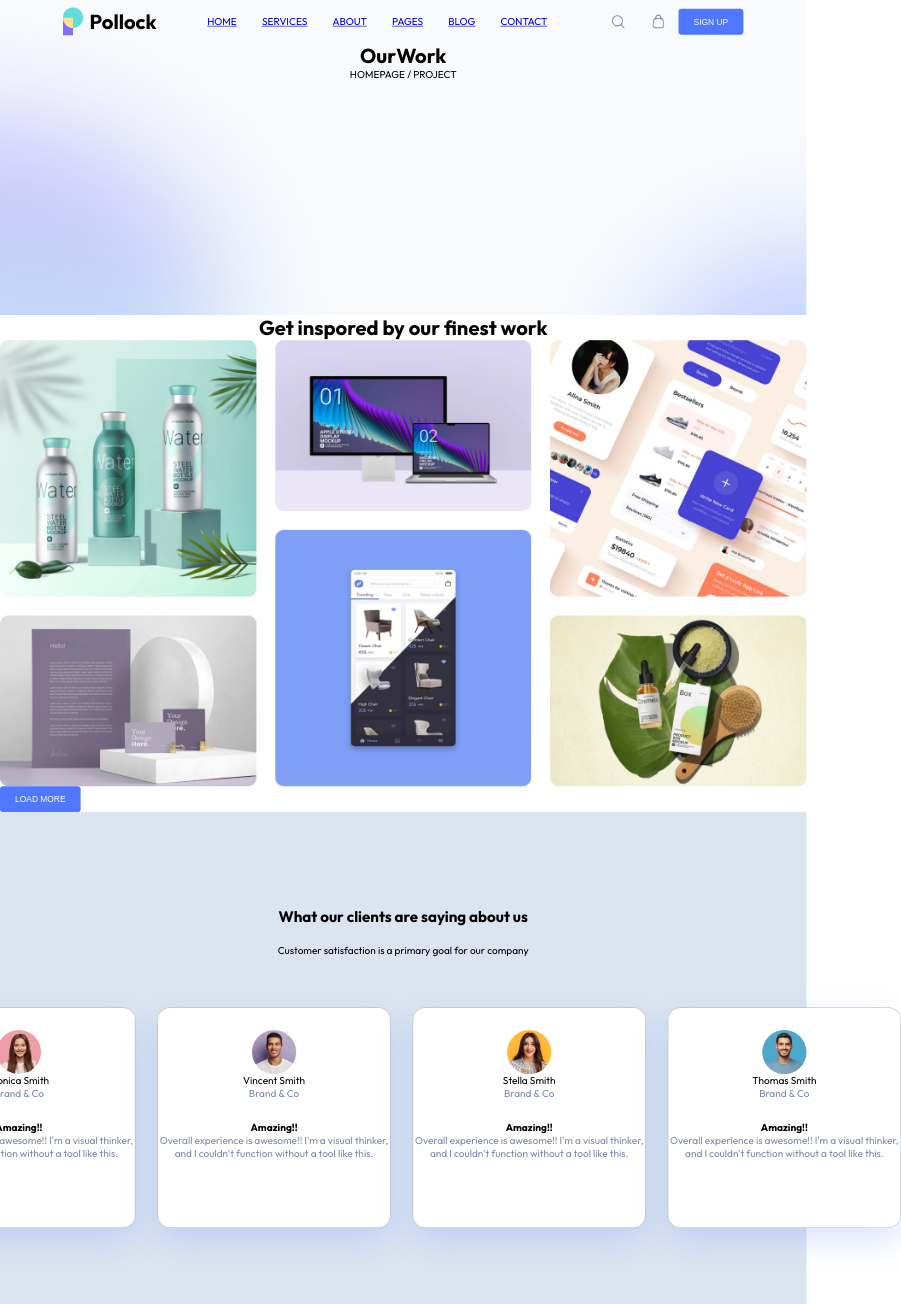
Repository: Nam936/exercises
Page: index.html
These files come from the project's save history. The page is drawn as it stood at one moment and after a run of saves; the edit follows.
The browser window is 1280 px wide. The page is 1430 px wide, so the pictures cover 1430 px, including what lies to the right of the window. The pictures show the whole page, at 63% of full size.

Above is the page before, as saved 2022-12-30 14:40:58.

After the next 3 saves:
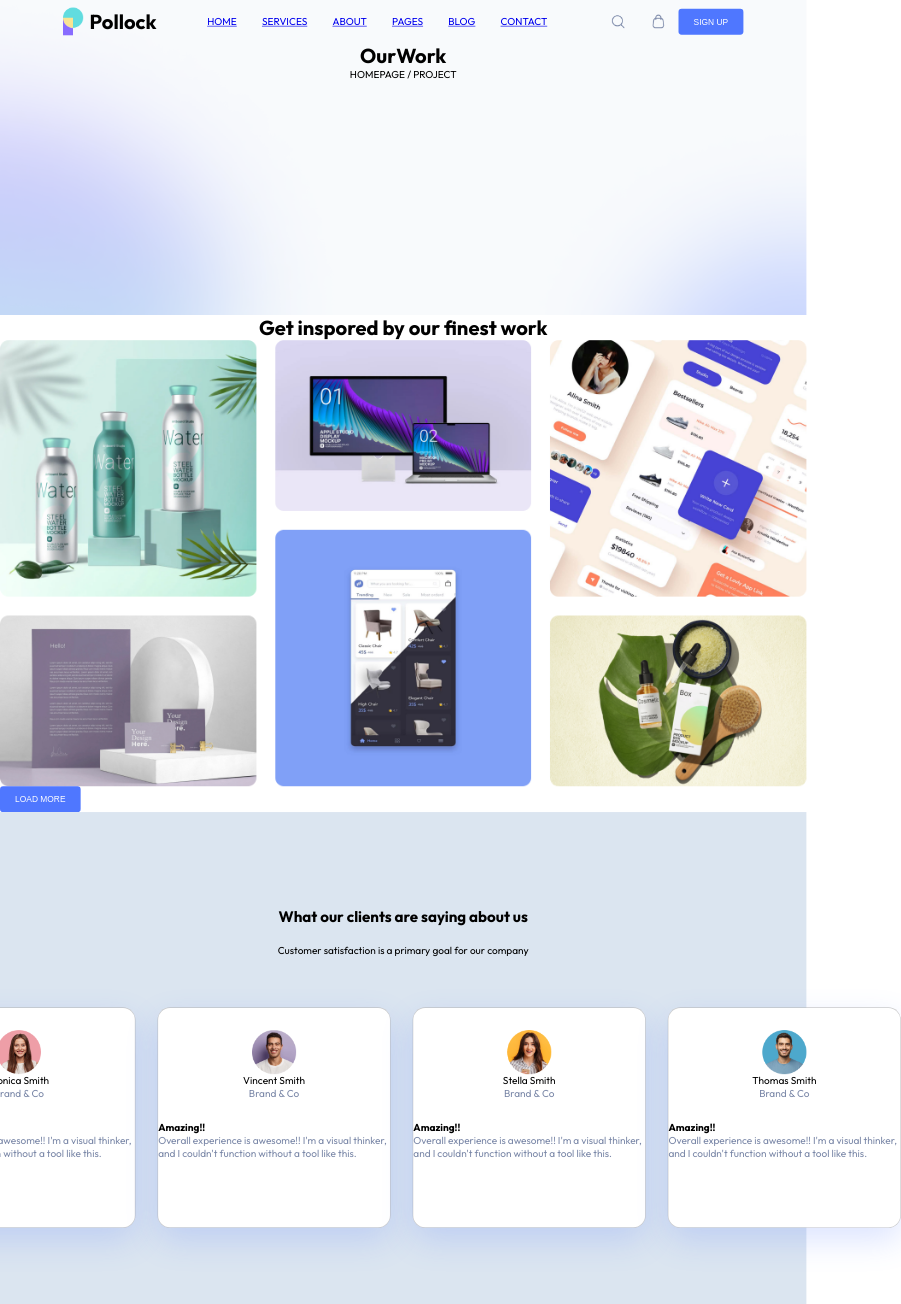
The 3 saves are shown as one change because they came seconds apart.
The last was saved 38 s later.
--- a/style.css
+++ b/style.css
@@ -57,5 +57,6 @@
 .tag_avatar img{ width: 70px; height: 70px; margin: auto;}
 .tag_avatar{padding: 35px; text-align: center;}
 .name_mem p{color: #7B88A8;}
+.name_mem
 .txt{ text-align: center;}
 .txt p{color: #7B88A8;}

After the 2 saves that followed:
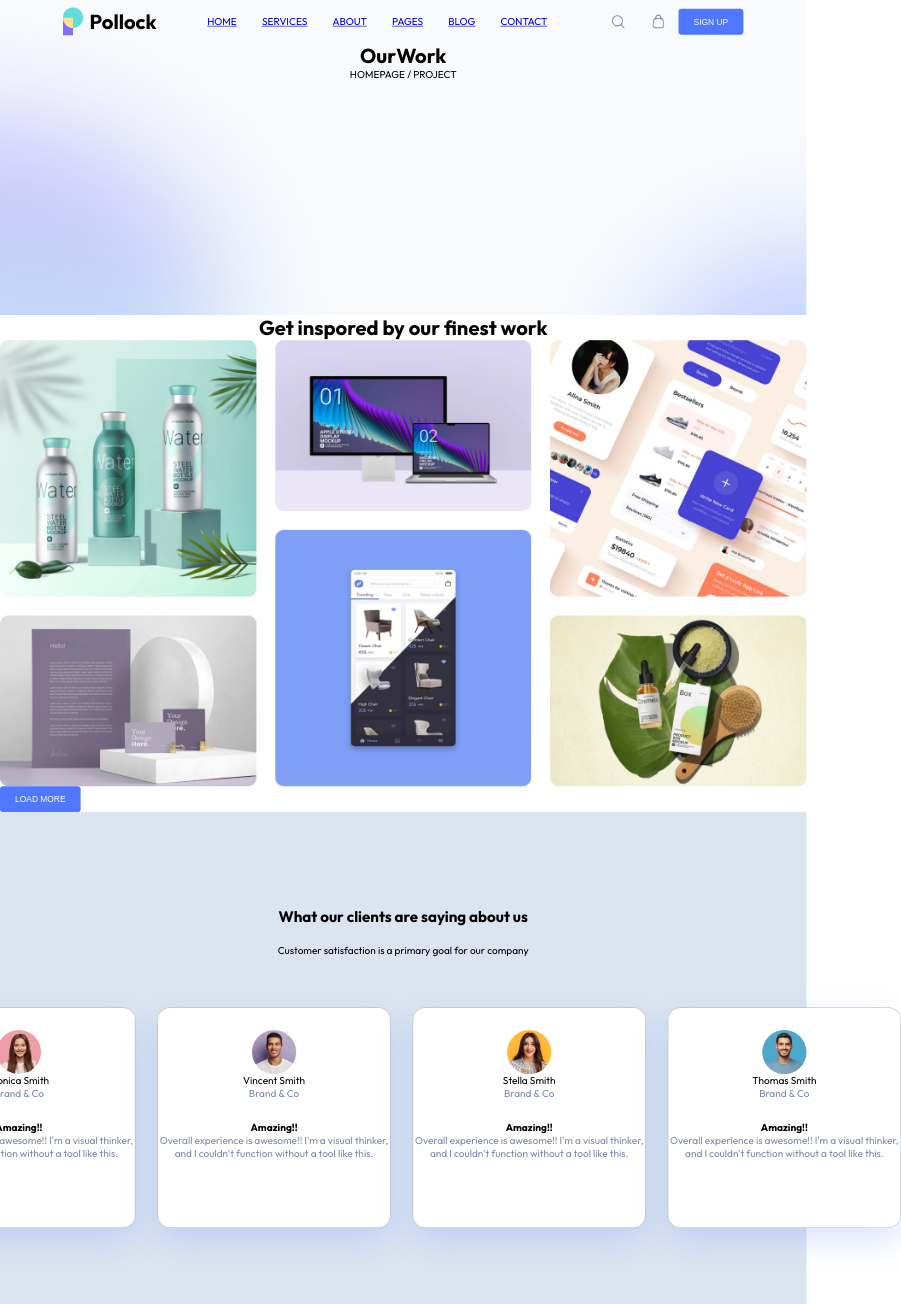
The 2 saves are shown as one change because they came seconds apart.
The last was saved 5 s later.
--- a/style.css
+++ b/style.css
@@ -57,6 +57,6 @@
 .tag_avatar img{ width: 70px; height: 70px; margin: auto;}
 .tag_avatar{padding: 35px; text-align: center;}
 .name_mem p{color: #7B88A8;}
-.name_mem
+.name_mem span{}
 .txt{ text-align: center;}
 .txt p{color: #7B88A8;}
